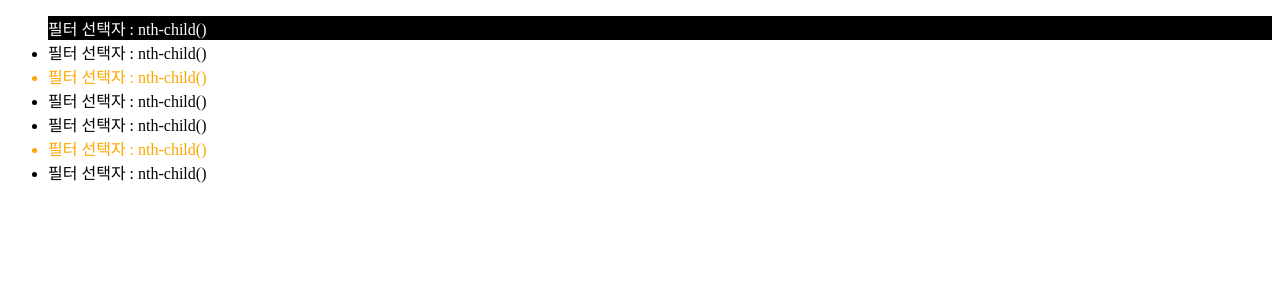
Repository: KangSuA/JSP
Page: webApp/src/main/webapp/jquery/jq05_select.html
The author's editor kept a copy of each file at every save. The page is drawn from the files as they stood at one save, then again after the next save.
The browser window is 1280 px wide. The pictures show the whole page.

Above is the page before, as saved 2023-02-14 06:23:35.

After the next save:
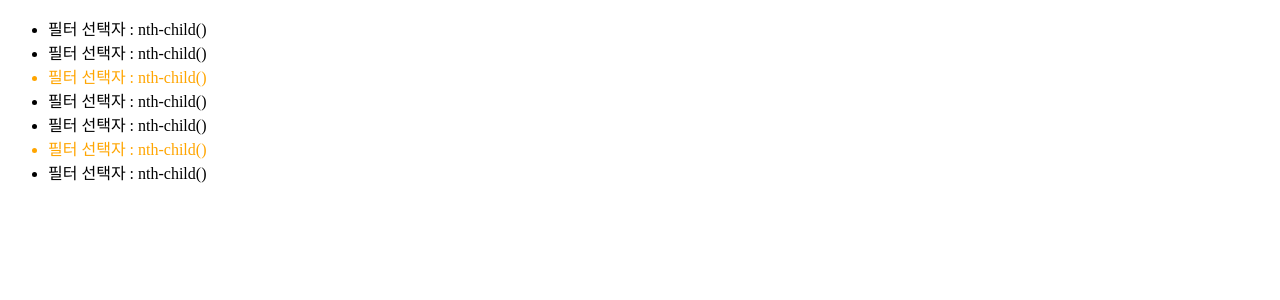
Saved 20 s later.
--- a/webApp/src/main/webapp/jquery/jq05_select.html
+++ b/webApp/src/main/webapp/jquery/jq05_select.html
@@ -18,7 +18,7 @@
 		//toggleClass()
 
 		$("#f>li:first").addClass('c1');
-		$("#f>li:first").addClass('c1');
+		$("#f>li:first").removeClass('c1');
 	});
 </script>
 </head>
